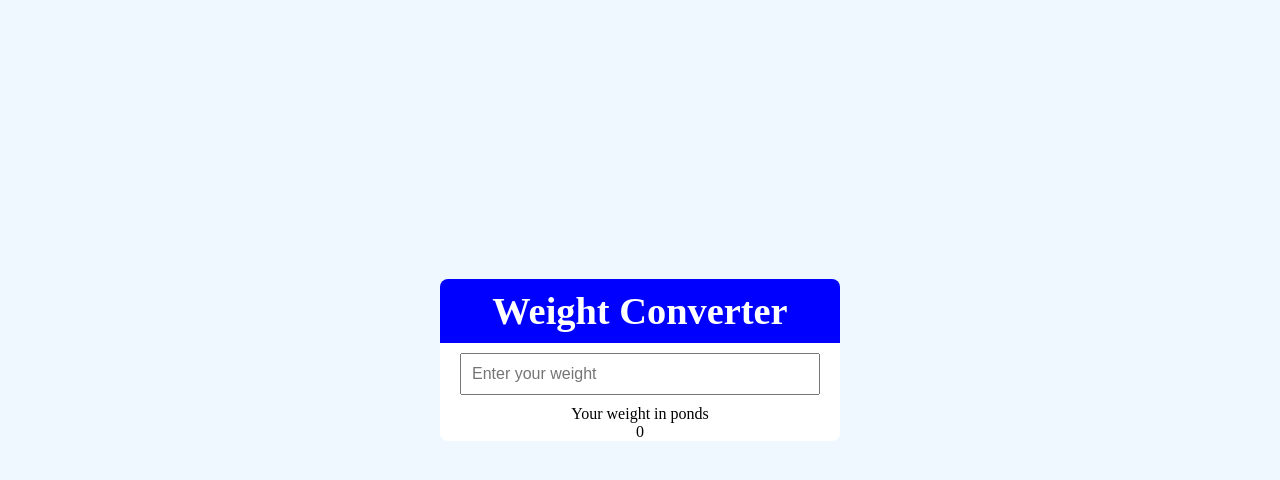
Repository: JunaidAnsari202/Weight-Converter
Page: index.html
The author's editor kept a copy of each file at every save. The page is drawn from the files as they stood at one save, then again after a run of saves.
The browser window is 1280 px wide. The pictures show the whole page.

Above is the page before, as saved 2024-10-16 10:08:52.

### index.html
<!DOCTYPE html>
<html lang="en">
<head>
    <meta charset="UTF-8">
    <meta name="viewport" content="width=device-width, initial-scale=1.0">
    <title>Weight converter</title>
    <link rel="stylesheet" href="style.css">
</head>
<body>
 <div class="container">
    <div class="header">
        <h1>Weight Converter</h1>
    </div>
    <div class="input">
        <label for="input" id="input-label"></label>
        <input type="text" id="input" placeholder="Enter your weight">
    </div>
    <div class="output">
        Your weight in ponds <p id="output">0</p>
    </div>

 </div>

    <script src="script.js"></script>
</body>
</html>

### style.css
*{
    margin: 0;
    padding: 0;
    box-sizing: border-box;
}
body{
    background-color: aliceblue;
    display: flex;
    justify-content: center;
    align-items: center;
    height: 100vh;
}

.container{
    background-color: white;
    width: 400px;
    border-radius: 8px;
    text-align: center;
}

.header{
    background-color: blue;
    border-radius: 8px 8px 0 0;
    color: white;
    font-size: 1.2rem;
    padding: 10px;
    margin-bottom: 10px;
}

label{
    display: block;
    font-size: 1.5rem;
    font-weight: bold;
    margin-bottom: 10px;

}

input{
    width: 90%;
    padding: 10px;
    font-size: 1rem;
    margin-bottom: 10px;
    border-radius: ;
}

Loaded but not shown: script.js (no stored copy; drawn as an empty file)

After the next 9 saves:
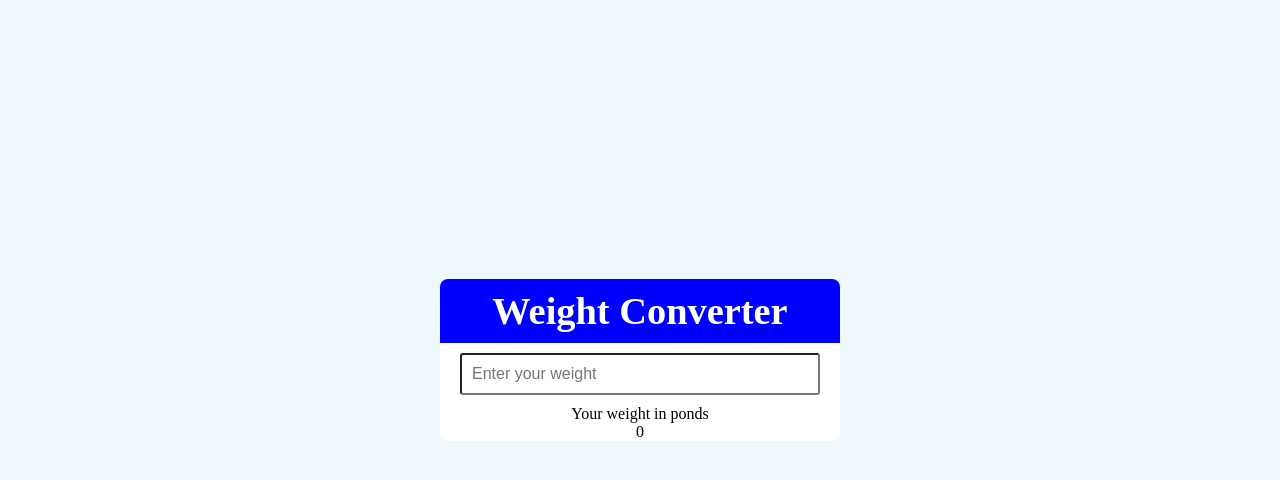
The 9 saves are shown as one change because they came seconds apart.
The last was saved 21 s later.
--- a/style.css
+++ b/style.css
@@ -40,5 +40,9 @@ input{
     padding: 10px;
     font-size: 1rem;
     margin-bottom: 10px;
-    border-radius: ;
+    border-radius: 3px;
 }
+
+output{
+
+}
